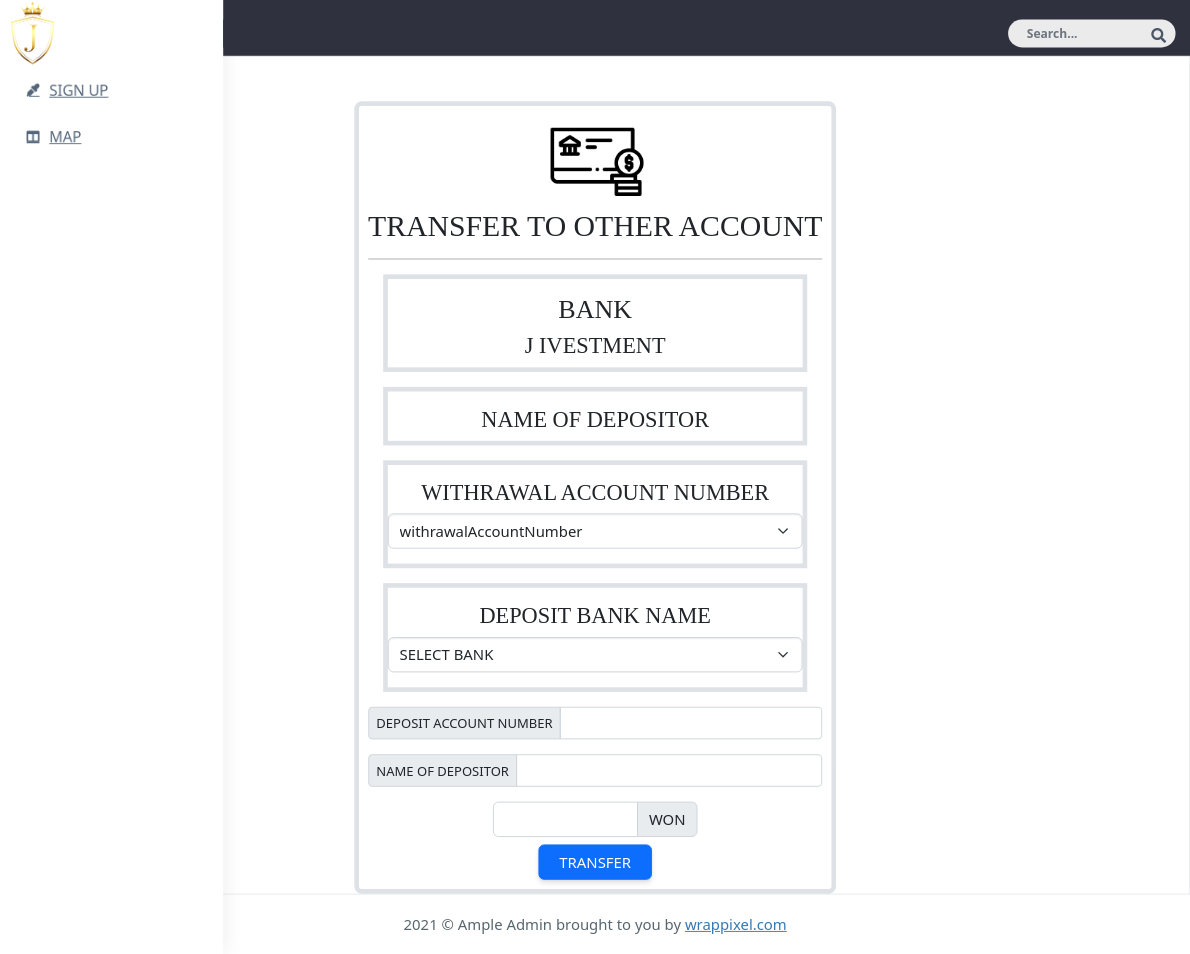
Repository: chopilyeon/HanaOpenBanking
Page: http://localhost/OpenBanking/jsp/bank/transferToOtherAccount.jsp
An editor plug-in stored every save of this project. The page is shown before and after the next save, followed by the edit.
The browser window is 1280 px wide. The pictures show the whole page, at 93% of full size.
Some web fonts or font styles are not loaded; a fallback is used. The page is served by Tomcat 9.

Above is the page before, as saved 2022-07-27 14:49:54.
Console error: TypeError: Cannot read properties of null (reading 'querySelector')

After the next save:
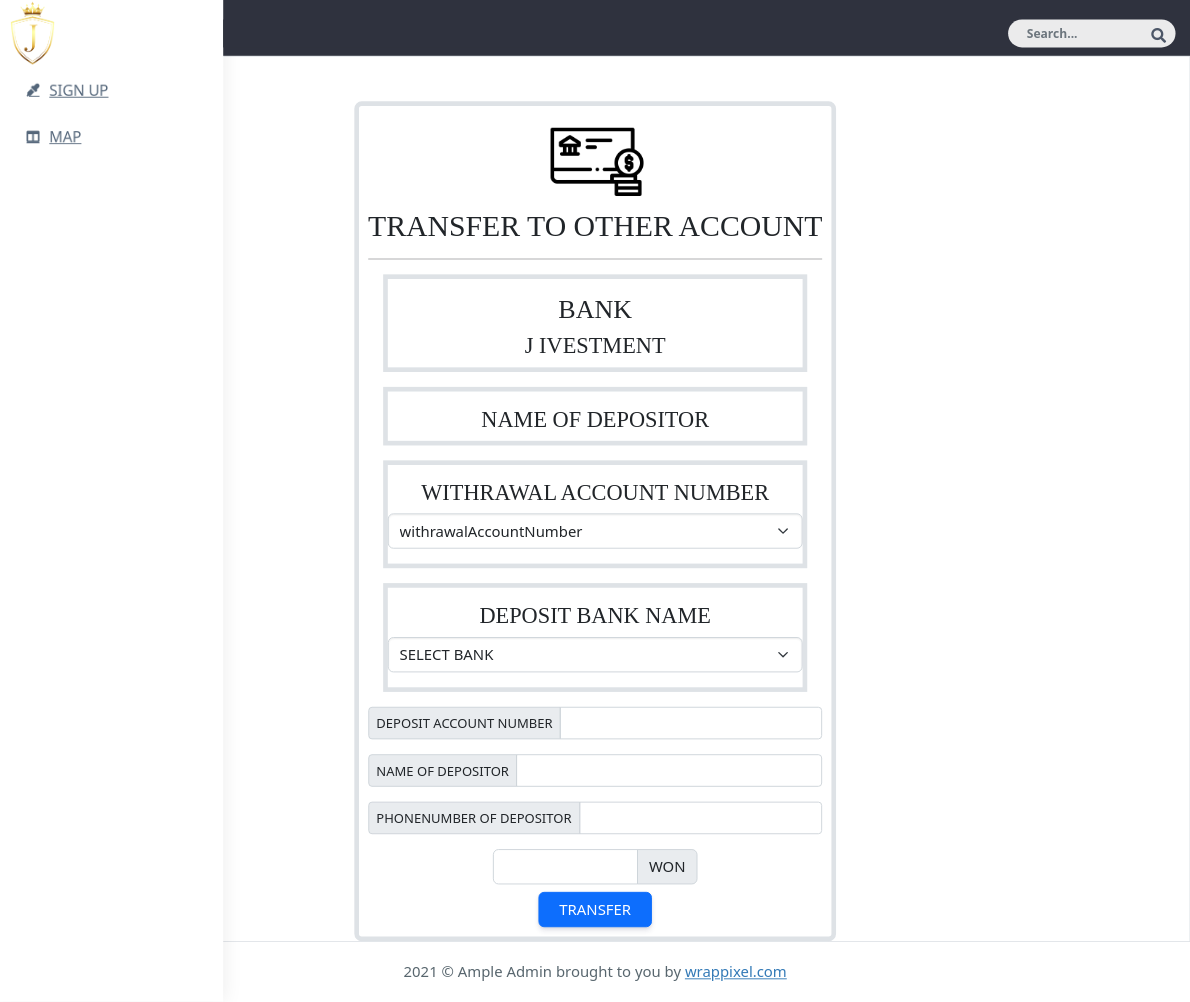
Saved 14 h 31 min later.
--- a/OpenBanking/src/main/webapp/jsp/bank/transferToOtherAccount.jsp
+++ b/OpenBanking/src/main/webapp/jsp/bank/transferToOtherAccount.jsp
@@ -106,6 +106,12 @@
 						</div>
 
 
+						<div class="input-group input-group-sm mb-3">
+						  <span class="input-group-text" id="inputGroup-sizing-sm">PHONENUMBER OF DEPOSITOR</span>
+  						  <input type="text" name="depositPhoneNumber" class="form-control" aria-label="Sizing example input" aria-describedby="inputGroup-sizing-sm">
+						</div>
+
+
 						<div class="input-group container w-50">
  							 <input type="number" name="tranAmount" class="form-control" aria-label="Dollar amount (with dot and two decimal places)">
   							 <span class="input-group-text">WON</span>
